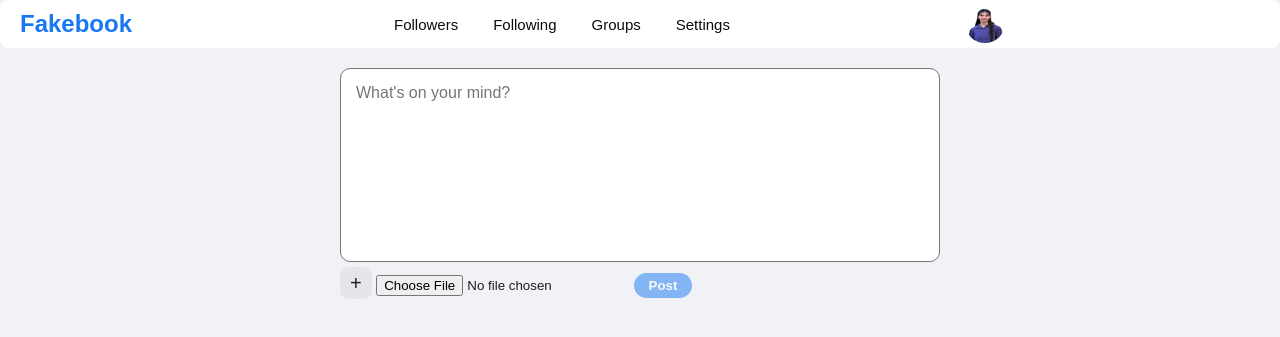
Repository: harpreetkaur2201/FAKEBOOK
Page: fakebook_profile/index.html
These files come from the project's save history. The page is drawn as it stood at one moment and after the next save; the edit follows.
The browser window is 1280 px wide. The pictures show the whole page.

Above is the page before, as saved 2025-11-14 20:01:04.

After the next save:
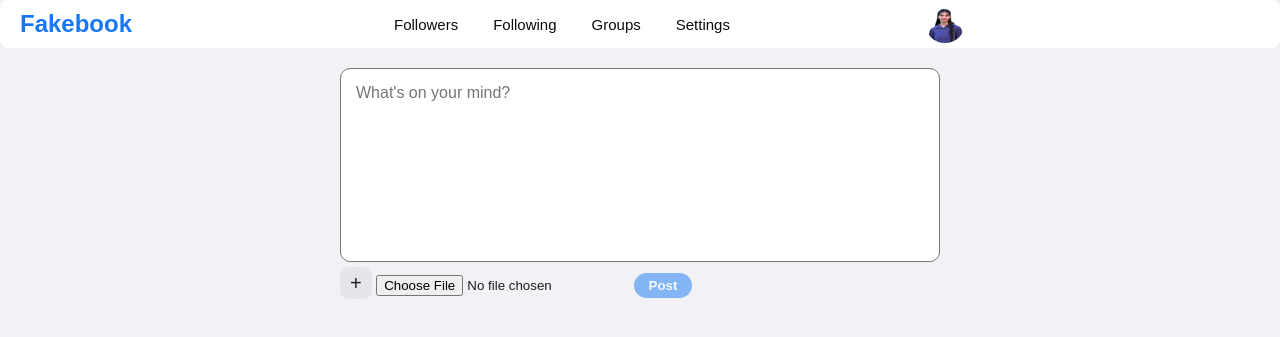
Saved 12 s later.
--- a/fakebook_profile/assets/styles/style.css
+++ b/fakebook_profile/assets/styles/style.css
@@ -59,7 +59,7 @@ header nav img.avatar {
   height: 40px;
   border-radius: 50%;
   position: relative;
-  left: 500%;
+  left: 400%;
 }
 
 .create-post {
